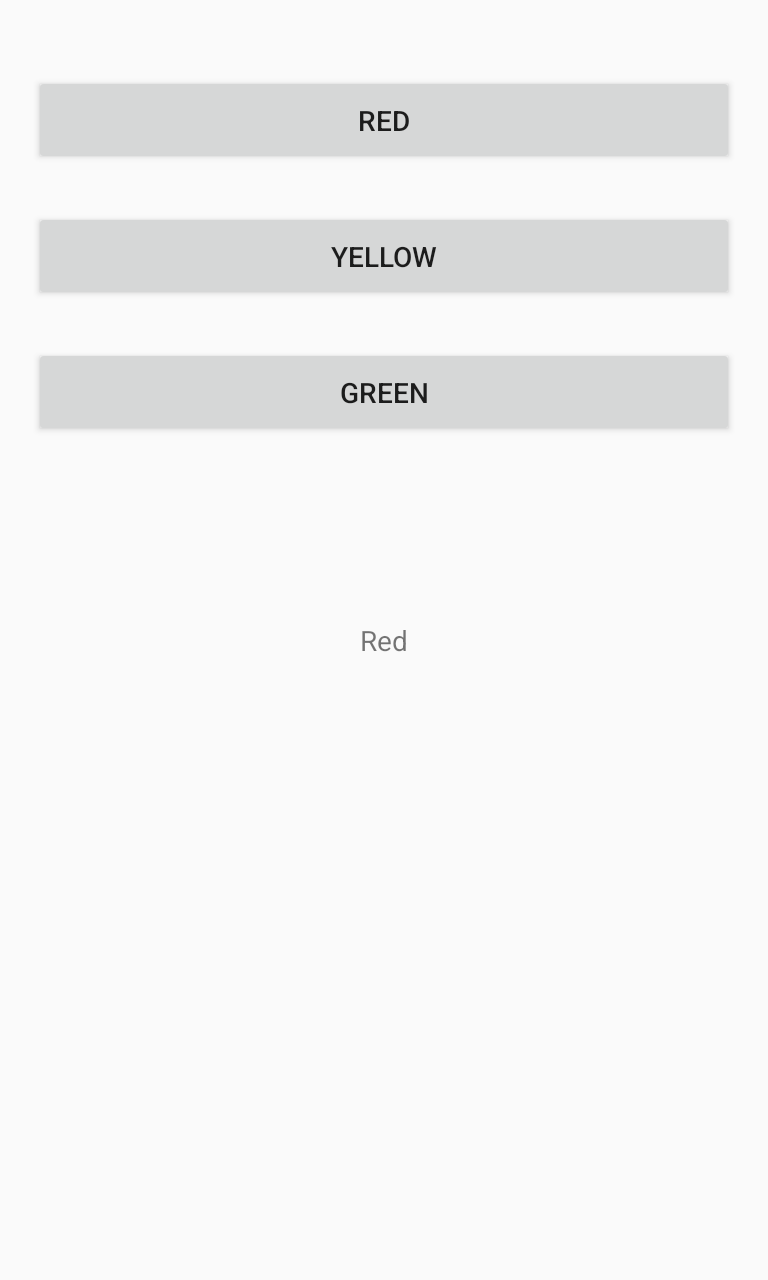
Repository: PosashkovDima/Traffic-light
Layout: Example4/res/layout/fragment_main.xml
These files come from the project's save history. The layout is drawn as it stood at one moment and after the next save; the edit follows.
It is drawn on a 768 x 1280 px phone screen (xhdpi) without system bars, with theme AppTheme; the app's code is not run.

Above is the layout before, as saved 2014-03-30 08:31:37.

After the next save:
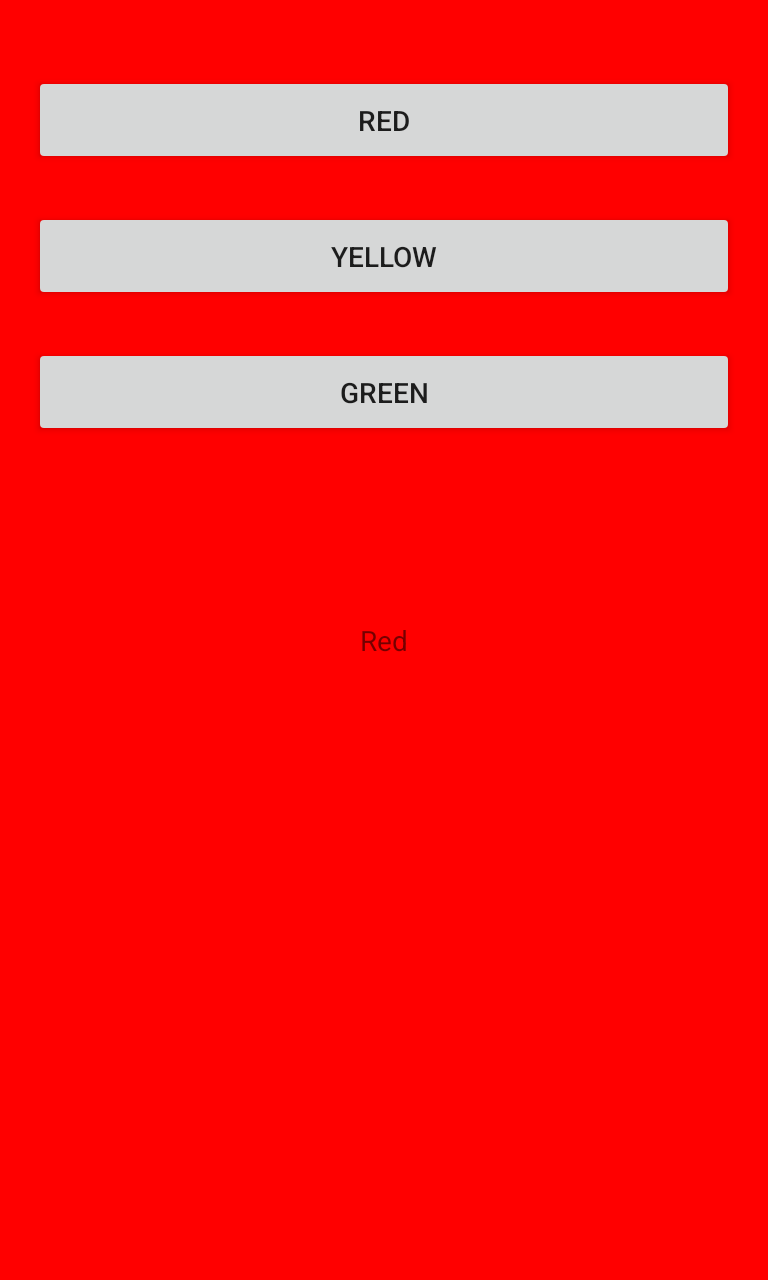
Saved 25 s later.
--- a/Example4/res/layout/fragment_main.xml
+++ b/Example4/res/layout/fragment_main.xml
@@ -6,6 +6,7 @@
     android:paddingLeft="@dimen/activity_horizontal_margin"
     android:paddingRight="@dimen/activity_horizontal_margin"
     android:paddingTop="@dimen/activity_vertical_margin"
+    android:background="@color/redColor"
     tools:context="com.example.example4.MainActivity$PlaceholderFragment" >
 
     <Button
